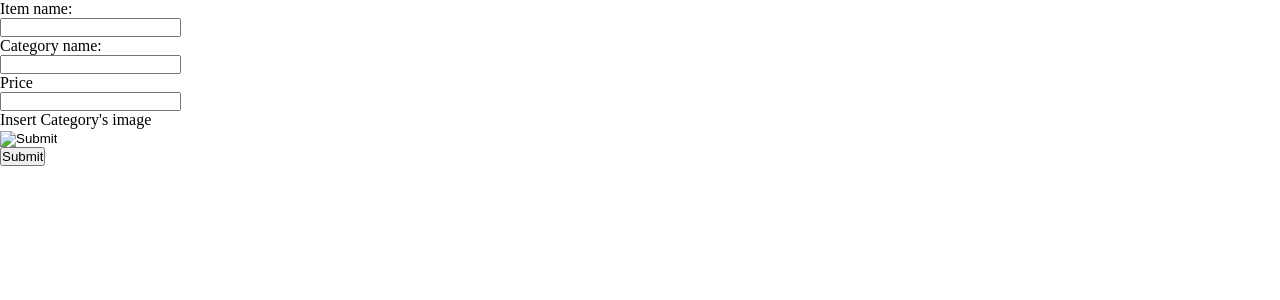
Repository: jatannoury/Ecommerce-Laravel-Electron
Page: Admin-electron/src/HTML/add_item.html
An editor plug-in stored every save of this project. The page is shown before and after a run of saves, followed by the edit.
The browser window is 1280 px wide. The pictures show the whole page.

Above is the page before, as saved 2022-06-10 22:09:14.

After the next 2 saves:
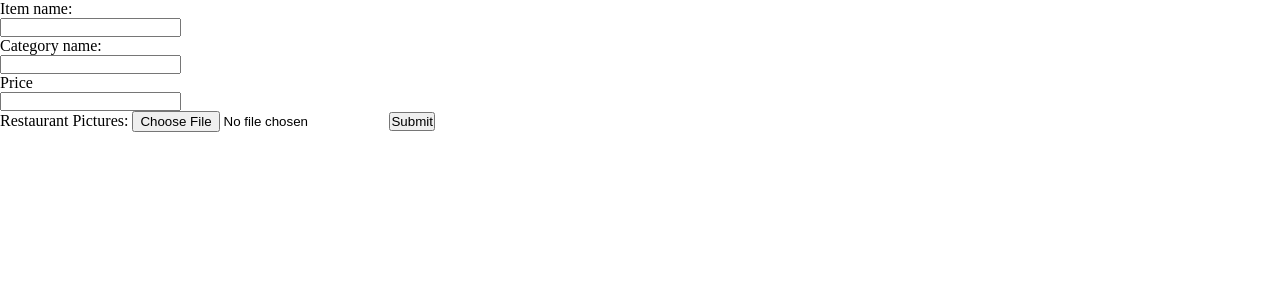
The 2 saves are shown as one change because they came seconds apart.
The last was saved 119 s later.
--- a/Admin-electron/src/HTML/add_item.html
+++ b/Admin-electron/src/HTML/add_item.html
@@ -15,8 +15,8 @@
             <input type="text" id="fname" name="fname" ><br>
             <label for="price" id="price">Price</label><br>
             <input type="text" id="fname" name="fname" ><br>
-            <label for="image" id="image">Insert Category's image</label><br>
-            <input type="image" id="fname" name="fname" ><br>
+            <label for="pictures">Restaurant Pictures:</label>
+            <input id="pictures" type="file" accept="image/*">
             <input type="submit" value="Submit">
 
         </form>
